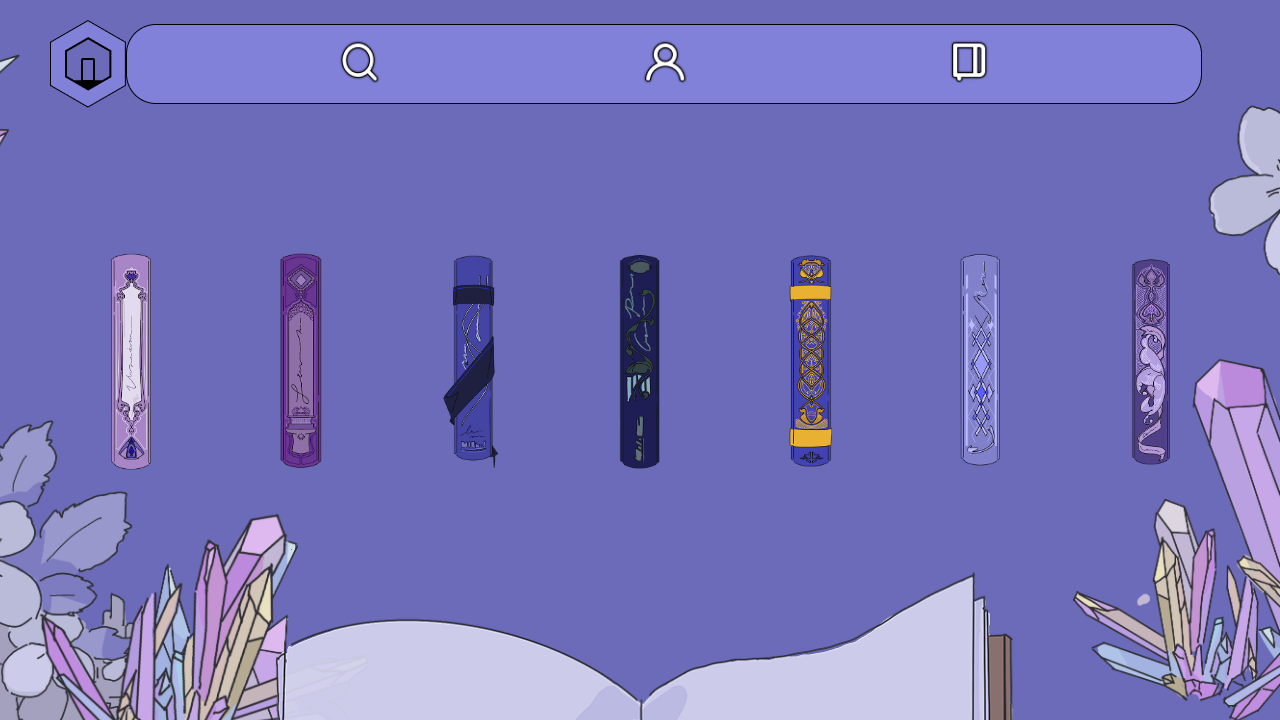
Repository: carolmmc/BabelLibrary
Page: mine.html
An editor plug-in stored every save of this project. The page is shown before and after the next save, followed by the edit.
The browser window is 1280 px wide. The pictures show the whole page.

Above is the page before, as saved 2025-05-10 00:57:45.

After the next save:
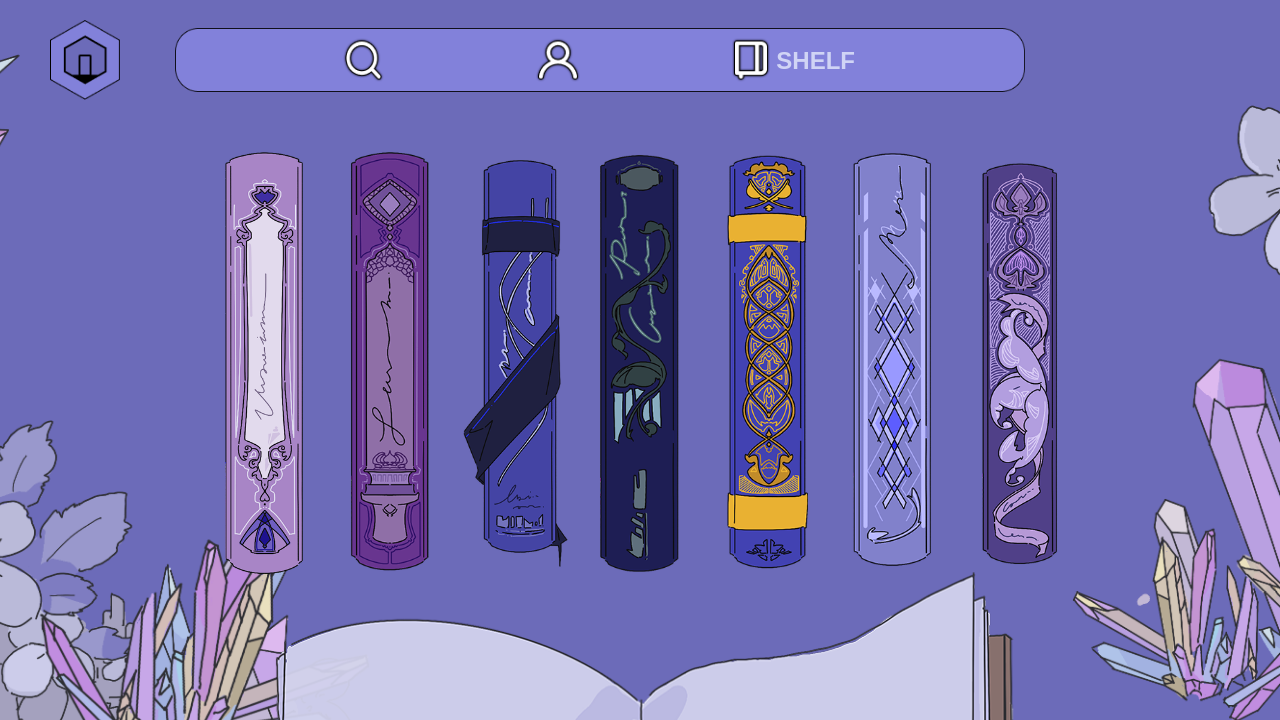
Saved 3 min 41 s later.
--- a/mine.html
+++ b/mine.html
@@ -29,8 +29,8 @@
         }
 
         .logo {
-            width: 75.892px;
-            height: 87.633px;
+            width: 70px;
+            height: 80px;
             flex-shrink: 0;
             object-fit: contain; /* 保持图片比例 */
         }
@@ -38,8 +38,32 @@
         /* 导航栏容器 */
         .nav-container {
             position: relative;
-            width: 1076px;
-            height: 80px;
+            width: 850px;
+            height: 65px;
+        }
+
+        /* 导航背景图大小 & 不阻挡交互 */
+        .nav-background {
+            width: 100%;
+            height: 100%;
+            object-fit: contain;
+            pointer-events: none;
+        }
+
+        /* 让图标与文字同行 */
+        .icon-link {
+            display: flex;
+            align-items: center;
+            gap: 8px;
+            color: #D0D4F5;
+            font-size: 24px;
+            font-weight: bold;
+            text-decoration: none;
+        }
+
+        .nav-label {
+            pointer-events: none;
+            user-select: none;
         }
 
         /* 导航图标容器 */
@@ -99,14 +123,14 @@
             display: flex;
             justify-content: center;
             align-items: center;
-            gap: 10px;          /* 缩短各项之间的距离 */
+            gap: 16px;          /* 缩短各项之间的距离 */
             overflow-x: auto;
             padding: 10px;      /* 缩小内部留白 */
         }
 
         .scroll-item {
-            width: 160px;       /* 放大书本显示大小 */
-            height: 220px;
+            width: 110px;       /* 放大书本显示大小 */
+            height: 430px;
             flex-shrink: 0;
             display: flex;
             align-items: center;
@@ -187,8 +211,9 @@
                 <a href="mine.html" class="icon-link">
                     <img src="mine.png" alt="我的" class="nav-icon mine-icon">
                 </a>
-                <a href="shelf.html" class="icon-link">
+                <a href="shelf.html" class="icon-link shelf-link">
                     <img src="shelf.png" alt="书架" class="nav-icon shelf-icon">
+                    <span class="nav-label">SHELF</span>
                 </a>
             </div>
         </div>
